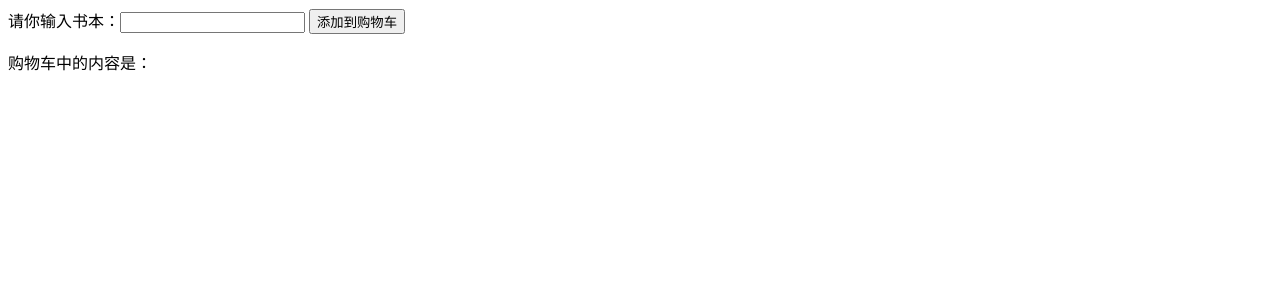
Repository: Matty-GCU/MyEclipse
Page: http://localhost/JavaWeb/chapter08_JSP_built_in_Object_2/textbook/8.2.1handleSessionLost.jsp
These files come from the project's save history. The page is drawn as it stood at one moment and after the next save; the edit follows.
The browser window is 1280 px wide. The pictures show the whole page.
The page is served by Tomcat 9.

Above is the page before, as saved 2021-10-27 15:01:14.

After the next save:
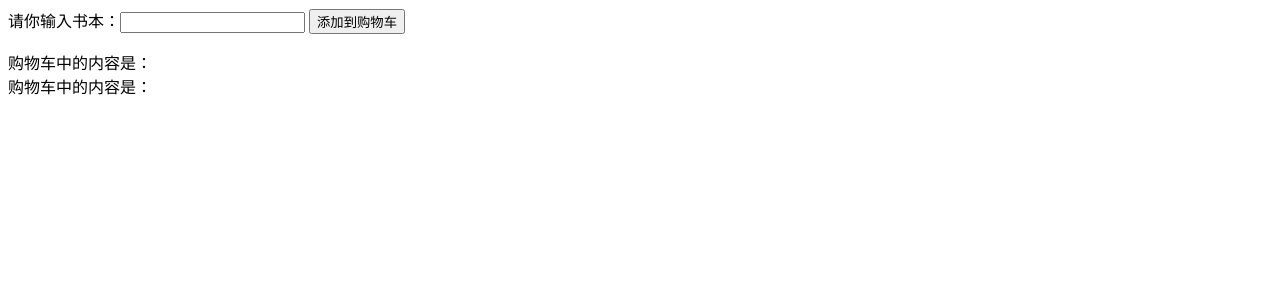
Saved 2 min 36 s later.
--- a/JavaWeb/WebRoot/chapter08_JSP_built_in_Object_2/textbook/8.2.1handleSessionLost.jsp
+++ b/JavaWeb/WebRoot/chapter08_JSP_built_in_Object_2/textbook/8.2.1handleSessionLost.jsp
@@ -15,10 +15,13 @@
 			if(books == null) {
 				books = new ArrayList<>();
 				session.setAttribute("books", books);
+				out.println("购物车中的内容是：<br>");
 			}
+
 			String newBook = request.getParameter("newBook");
 			if(newBook != null) {
 				books.add(newBook);
+				out.println("购物车中的内容是：<br>");
 			}
 			out.println("购物车中的内容是：<br>");
 			for(String s: books) {
